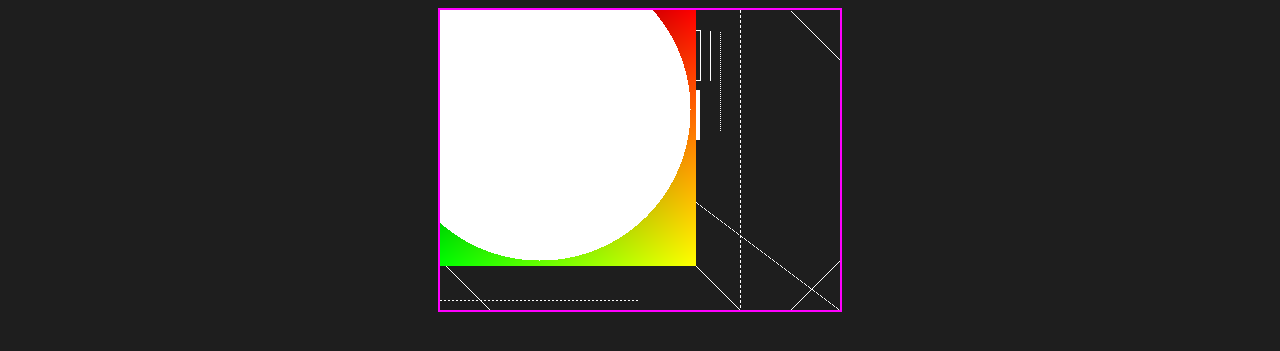
Repository: StarLightGX/miao
Page: paint.html
These files come from the project's save history. The page is drawn as it stood at one moment and after the next save; the edit follows.
The browser window is 1280 px wide. The pictures show the whole page.

Above is the page before, as saved 2020-11-13 17:18:44.

### paint.html
<!DOCTYPE html>
<html lang="en">
  <head>
    <meta charset="UTF-8" />
    <title>画图</title>
    <style>
      html {
        background-color: rgb(30, 30, 30);
      }
      canvas {
        border: 2px solid #f0f;
        display: block;
        margin: auto;
      }
    </style>
  </head>
  <body>
    <canvas width="400" height="300"></canvas>
  </body>
  <script>
    var canvas = document.querySelector("canvas");
    canvas.style.imageRendering = "pixelated";
    var ctx = canvas.getContext("2d");

    function dot(x, y, color = "white") {
      x = x | 0;
      y = y | 0;
      ctx.fillStyle = color;
      ctx.fillRect(x, y, 1, 1);
    }

    function line(x1, y1, x2, y2) {
      ctx.strokeStyle = "black";
      ctx.moveTo(x1, y1);
      ctx.lineTo(x2, y2);
      ctx.stroke();
    }
    /**
   * YOUR TASK
画图的题：
画一条实线
画一条一个实点一个空点的虚线
画一条两个实点两个空点的虚线
画一条三个实点两个空点的虚线
画一条45度的斜线
画一条30度的斜线（选做）
在四个角画分别画一条45度的斜线以让画面看起来像一个相框
画一条跨越画布左上角和右下角的对角线
画一个空心矩形
画一个实心矩形
画一个rgb色彩空间的某一面
画一个空心的圆
画一个实心的圆
画一个大小合适的sin(x)的图像
   */
  </script>
  <script>
    // YOUR CODE GOES BELOW
    var x = 1;
    var y = 1;
    var i = 0;

    // 画一条实线
    y = 20;
    for (i = 0; i < 50; i++) {
      y = y + 1;
      x = 270;
      dot(x, y);
    }

    // 画一条一个实点一个空点的虚线
    y = 20;
    for (i = 0; i < 50; i++) {
      y = y + 2;
      x = 280;
      dot(x, y);
    }

    // 画一条两个实点两个空点的虚线
    for (var x = 0; x < 200; x++) {
      if (x % 4 < 2) {
        dot(x, 290);
      }
    }

    // for (i = 0; i < 50; i++) {
    //   y = 4 * (i + 1);
    //   x = 290;
    //   dot(x, y);
    // }

    // for (i = 0; i < 50; i++) {
    //   y = 4 * (i + 1) + 1;
    //   x = 290;
    //   dot(x, y);
    // }

    // 画一条三个实点两个空点的虚线

    for (i = 0; i < 100; i++) {
      y = 5 * (i + 1);
      x = 300;
      dot(x, y - 10);
    }

    for (i = 0; i < 100; i++) {
      y = 5 * (i + 1) + 1;
      x = 300;
      dot(x, y - 10);
    }

    for (i = 0; i < 100; i++) {
      y = 5 * (i + 1) + 2;
      x = 300;
      dot(x, y - 10);
    }

    // 画一条45度的斜线
    y = 0;
    for (i = 0; i < 1050; i++) {
      y = y + 1;
      x = y;
      dot(x, y);
    }
    // 画一条30度的斜线（选做）
    for (var x = 0; x < 200; x++) {
      var y = x / Math.sqrt(3);
      dot(x, y);
    }

    // 在四个角画分别画一条45度的斜线以让画面看起来像一个相框
    y = 0;
    for (i = 0; i < 1050; i++) {
      y = y + 1;
      x = y;
      dot(x - 250, y);
    }
    y = 0;
    for (i = 0; i < 1050; i++) {
      y = y + 1;
      x = y;
      dot(x + 350, y);
    }
    y = 0;
    for (i = 0; i < 1050; i++) {
      y = y + 1;
      x = -y;
      dot(x + 50, y);
    }
    y = 0;
    for (i = 0; i < 1050; i++) {
      y = y + 1;
      x = -y;
      dot(x + 650, y);
    }

    // 画一条跨越画布左上角和右下角的对角线
    y = 0;
    for (i = 0; i < 500; i++) {
      y = y + 1;
      x = (4 / 3) * y;
      dot(x, y);
    }
    // 画一个空心矩形
    y = 20;
    for (i = 0; i < 50; i++) {
      y = y + 1;
      x = 260;
      dot(x, y);
    }
    y = 20;
    for (i = 0; i < 50; i++) {
      y = y + 1;
      x = 230;
      dot(x, y);
    }
    y = 20;
    for (i = 0; i < 31; i++) {
      y = y + 1;
      x = 30;
      dot(y + 209, x - 10);
    }
    y = 20;
    for (i = 0; i < 31; i++) {
      y = y + 1;
      x = 30;
      dot(y + 209, x + 40);
    }
    // 画一个实心矩形

    for (x = 230; x < 260; x++) {
      for (y = 80; y < 130; y++) {
        dot(x, y);
      }
    }

    // 画一个rgb色彩空间的某一面
    for (x = 0; x < 256; x++) {
      for (y = 0; y < 256; y++) {
        dot(x, y, "rgb" + "(" + x + "," + y + "," + 0 + ")");
      }
    }
    // 画一个空心的圆
    for (var r = 150; r >= 0; r--) {
      for (x = -r; x < r; x = x + 0.1) {
        y = Math.sqrt(r * r - x * x);
        dot(x + 100, y + 100);
        dot(x + 100, -y + 100);
      }
      for (y = -r; y < r; y = y + 0.1) {
        x = Math.sqrt(r * r - y * y);
        dot(x + 100, y + 100);
        dot(-x + 100, y + 100);
      }
    }
    //  for (var theta = 0; theta)
    // 画一个实心的圆

    // 画一个大小合适的sin(x)的图像
  </script>
</html>

After the next save:
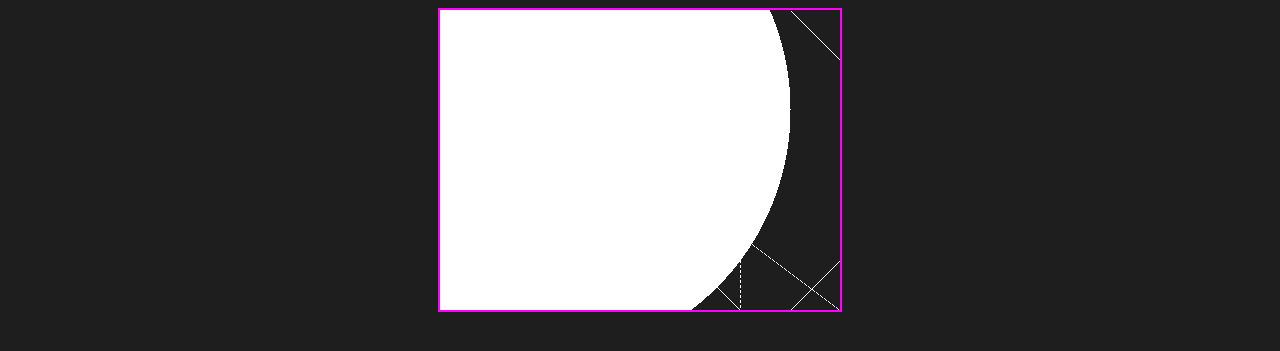
Saved 8 s later.
--- a/paint.html
+++ b/paint.html
@@ -201,7 +201,7 @@
       }
     }
     // 画一个空心的圆
-    for (var r = 150; r >= 0; r--) {
+    for (var r = 250; r >= 0; r--) {
       for (x = -r; x < r; x = x + 0.1) {
         y = Math.sqrt(r * r - x * x);
         dot(x + 100, y + 100);
